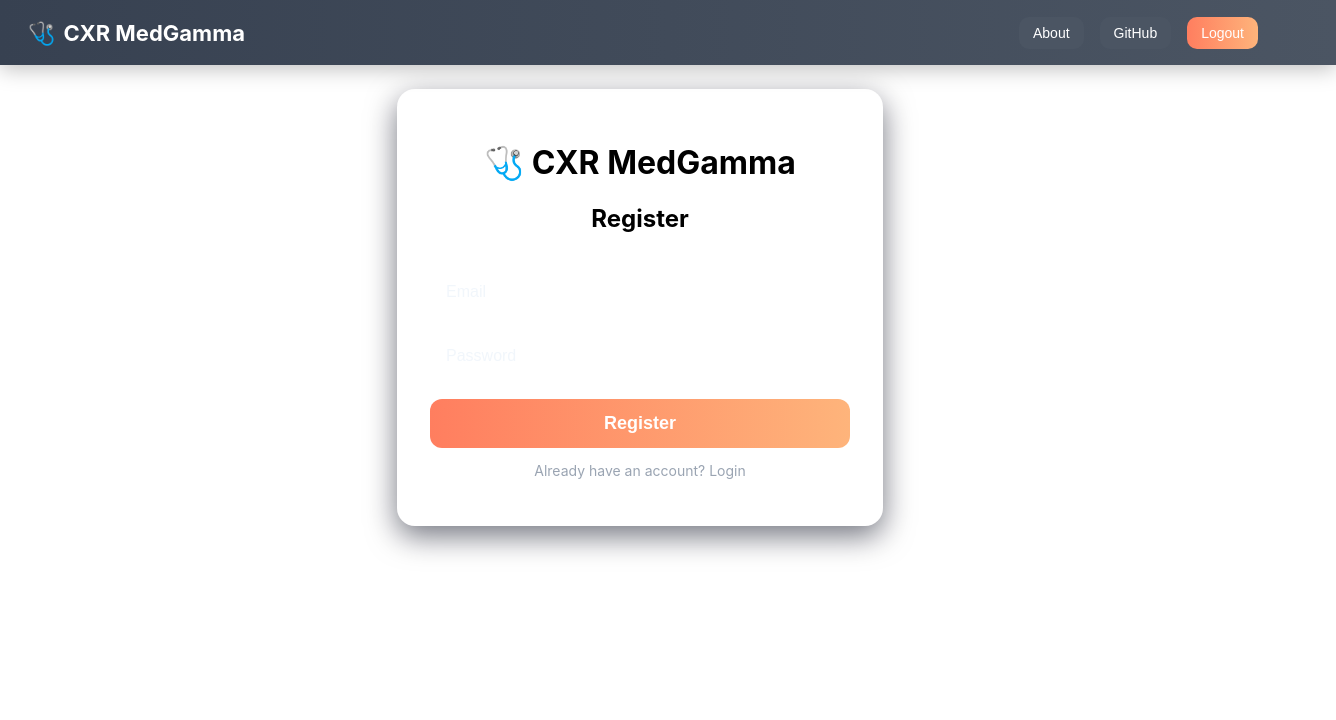
Repository: G-725/cxr-rrg
Page: /register (app in my-react-app/)
The author's editor kept a copy of each file at every save. The page is drawn from the files as they stood at one save, then again after the next save.
The browser window is 1280 px wide. The page is 1336 px wide, so the pictures cover 1336 px, including what lies to the right of the window. The pictures show the whole page.
The project was rebuilt for these pictures with package versions that can differ from the ones it lists, and the page was loaded fresh each time. Also part of the build but not shown: my-react-app/src/pages/login.js, my-react-app/src/pages/UserDashboard.js. Imported but missing from the stored project, and not drawn on this page: my-react-app/src/api, my-react-app/src/pages/DoctorDashboard.

Above is the page before, as saved 2025-11-29 15:29:52.

After the next save:
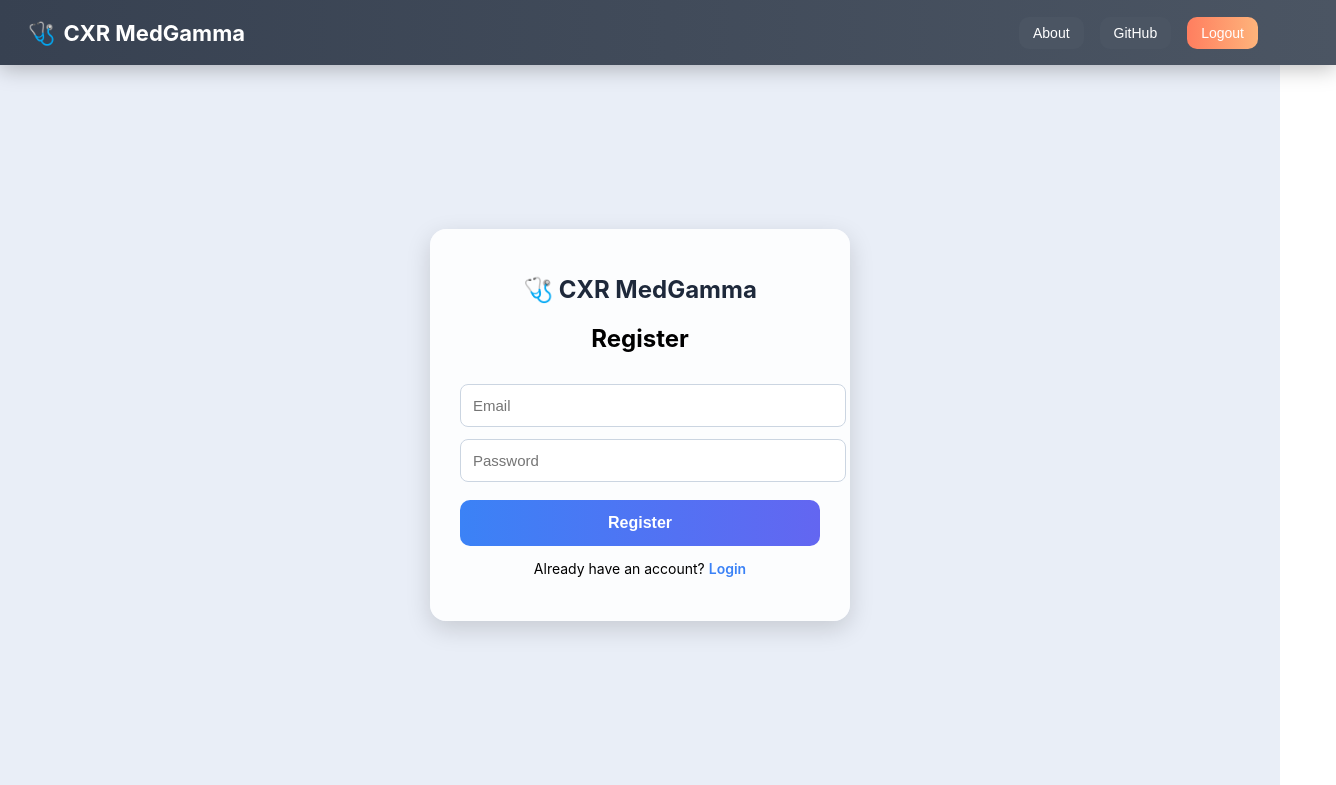
Saved 14 s later.
--- a/my-react-app/src/auth.css
+++ b/my-react-app/src/auth.css
@@ -1,89 +1,100 @@
-@import './styles/premium.css';
-
-/* FULLSCREEN BACKGROUND */
-.premium-bg {
+/* Container background */
+.auth-container {
   height: 100vh;
-  background: linear-gradient(180deg, var(--bg-start), var(--bg-end));
   display: flex;
   justify-content: center;
   align-items: center;
-  color: var(--primary);
+  background: #e9eef7;
 }
 
-/* Glassmorphic Card */
+/* Card */
 .auth-card {
-  width: 420px;
-  max-width: 100%;
-  background: var(--panel-bg);
-  backdrop-filter: blur(12px);
-  padding: 32px;
-  border-radius: var(--radius-lg);
-  box-shadow: var(--card-shadow);
+  width: 360px;
+  background: rgba(255, 255, 255, 0.85);
+  padding: 30px;
+  border-radius: 16px;
+  box-shadow: 0 8px 25px rgba(0,0,0,0.15);
+  backdrop-filter: blur(10px);
   text-align: center;
-  margin: 24px auto; /* keep centered in premium container */
-  border: 1px solid rgba(255,255,255,0.04);
 }
 
-/* Pop Animation */
-.pop-in {
-  animation: pop 0.7s ease;
+/* Animated fade effect */
+.fade {
+  animation: fadeIn 0.6s ease;
 }
 
-@keyframes pop {
-  from { opacity:0; transform: scale(0.9); }
-  to { opacity:1; transform: scale(1); }
+@keyframes fadeIn {
+  from { opacity: 0; transform: scale(0.95); }
+  to { opacity: 1; transform: scale(1); }
+}
+
+/* Slide animation */
+.slide-up {
+  animation: slideUp 0.6s ease;
+}
+
+@keyframes slideUp {
+  from { transform: translateY(20px); opacity: 0; }
+  to { transform: translateY(0); opacity: 1; }
+}
+
+/* Logo Title */
+.logo-title {
+  font-size: 24px;
+  font-weight: 700;
+  margin-bottom: 12px;
+  color: #1e293b;
 }
 
 /* Inputs */
 .auth-input {
   width: 100%;
-  padding: 14px;
-  margin-top: 14px;
-  border-radius: 10px;
-  border: 2px solid rgba(255,255,255,0.06);
-  font-size: 16px;
-  transition: 0.3s;
-  background: rgba(255,255,255,0.03);
-  color: var(--primary);
-  box-sizing: border-box;
+  padding: 12px;
+  margin-top: 12px;
+  border: 1px solid #cbd5e1;
+  border-radius: 8px;
+  font-size: 15px;
+  transition: 0.2s;
 }
-.auth-input::placeholder { color: rgba(230,238,248,0.55); }
 
 .auth-input:focus {
-  border-color: var(--accent2);
-  box-shadow: 0 0 12px rgba(254,180,123,0.12);
   outline: none;
+  border-color: #6366f1;
+  box-shadow: 0 0 6px rgba(99,102,241,0.4);
 }
 
-/* Premium Orange Button */
+/* Button */
 .auth-btn {
   width: 100%;
   padding: 14px;
   margin-top: 18px;
-  background: linear-gradient(90deg, var(--accent1), var(--accent2));
+  background: linear-gradient(90deg, #3b82f6, #6366f1);
   color: white;
   border: none;
-  border-radius: 12px;
-  font-size: 18px;
+  border-radius: 10px;
+  cursor: pointer;
+  font-size: 16px;
   font-weight: 600;
-  cursor: pointer;
   transition: 0.3s ease;
 }
 
 .auth-btn:hover {
   transform: translateY(-3px);
-  box-shadow: 0 12px 40px rgba(59, 130, 246, 0.12);
+  box-shadow: 0 6px 15px rgba(0,0,0,0.2);
 }
 
-/* Title */
-.ashom-title {
-  font-size: 26px;
-  font-weight: 800;
-  color: var(--primary);
+/* Switch text */
+.switch-text {
+  margin-top: 14px;
+  font-size: 14px;
 }
 
-/* Switch link */
-.switch-text { margin-top: 14px; font-size: 14px; }
-.link { color: var(--accent1); cursor: pointer; font-weight: 600; }
-.link:hover { text-decoration: underline; }
-.switch-text { color: var(--muted); }
+.link-text {
+  color: #3b82f6;
+  font-weight: 600;
+  cursor: pointer;
+}
+
+.link-text:hover {
+  text-decoration: underline;
+}
